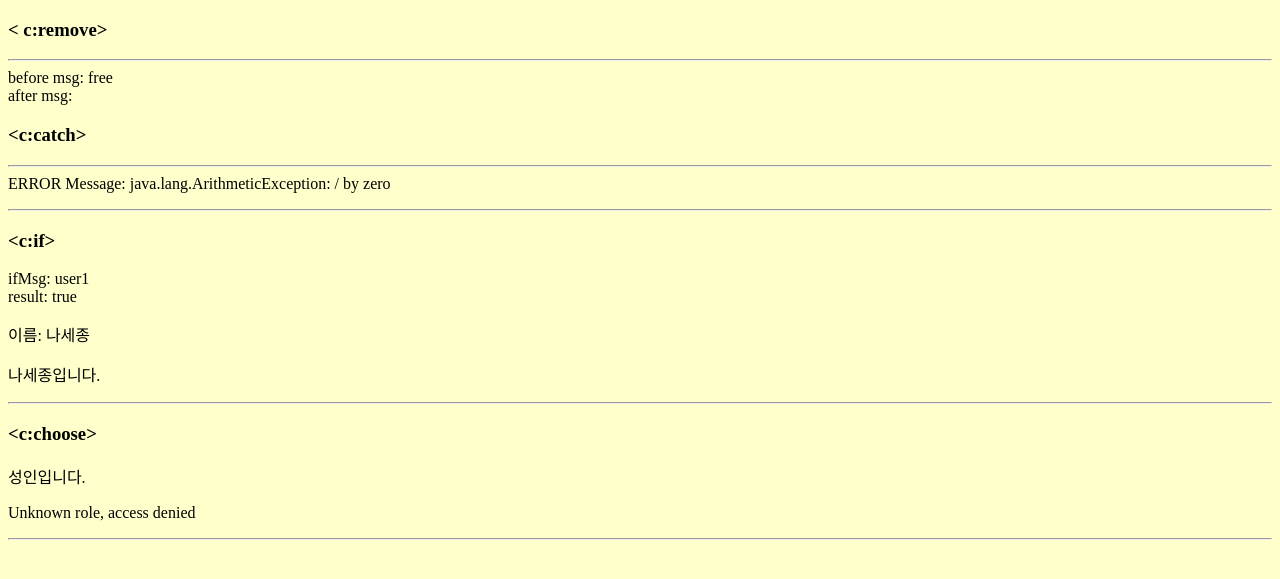
Repository: topblame/Bootcamp
Page: http://localhost/JSP_250408/chapter05/01_jstlExam.jsp
An editor plug-in stored every save of this project. The page is shown before and after the next save, followed by the edit.
The browser window is 1280 px wide. The pictures show the whole page.
The page is served by Tomcat 9. The template is opened directly, without the code that normally fills it, so the values that code supplies are empty.

Above is the page before, as saved 2025-06-27 02:57:06.

After the next save:
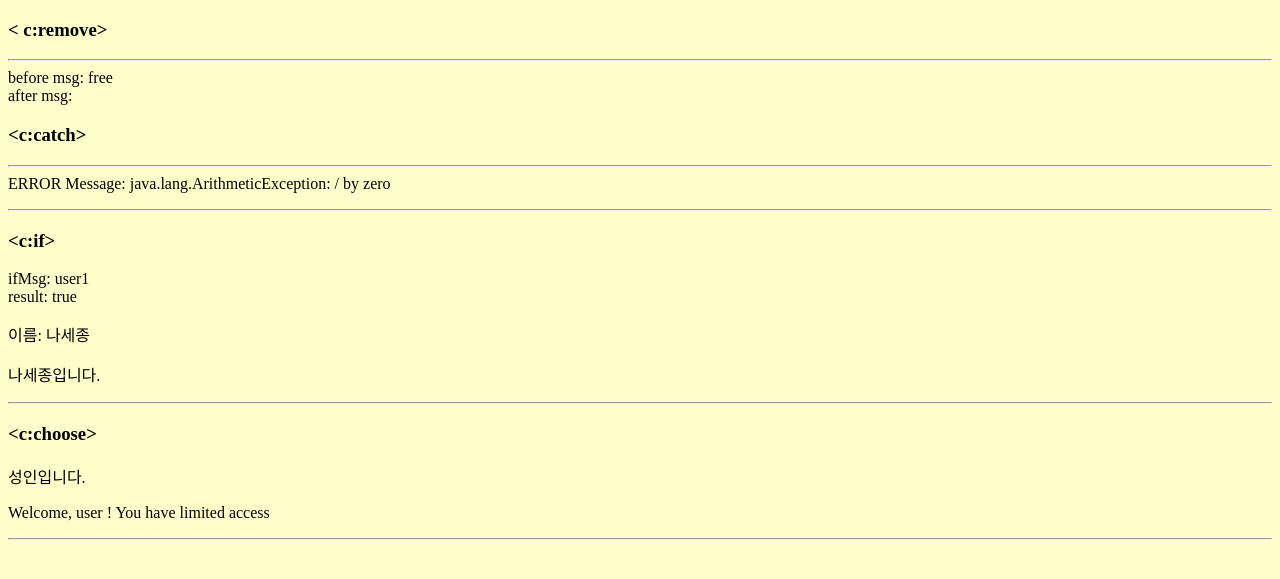
Saved 24 s later.
--- a/WebMvc/JSP_250408/src/main/webapp/chapter05/01_jstlExam.jsp
+++ b/WebMvc/JSP_250408/src/main/webapp/chapter05/01_jstlExam.jsp
@@ -50,6 +50,7 @@ result: ${result }
 
 <h3>&lt;c:choose&gt;</h3>
 <c:set var="age" value ="26" />
+<c:set var = "role" value = "user"/>
 <c:choose>
 	<c:when test = "${age >= 20 }">
 		<p>성인입니다.</p>
